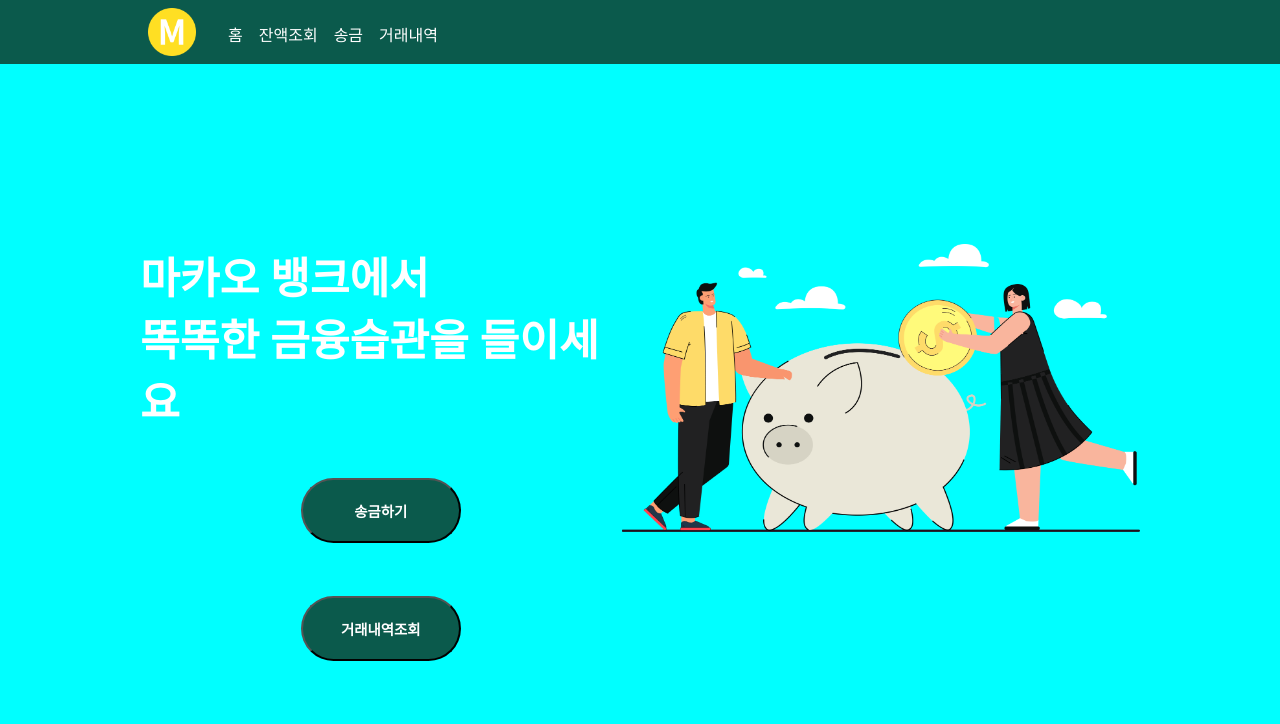
Repository: JiNookk/makaobank
Page: week06/makaoBank/index.html
The author's editor kept a copy of each file at every save. The page is drawn from the files as they stood at one save, then again after the next save.
The browser window is 1280 px wide. The pictures show the whole page.

Above is the page before, as saved 2022-09-13 16:40:42.

### week06/makaoBank/index.html
<!DOCTYPE html>
<html lang="ko">
    <head>
        <meta charset="UTF-8">
        <title>마카오 뱅크</title>
        <!-- <link rel="favicon for makaoBank" href="./resources/logo.png"> favicon나중에 넣어보기-->
        <link rel="stylesheet" href="./css/reset.css">
        <link rel="stylesheet" href="./css/layout.css">
        <link rel="stylesheet" href="./css/elements.css">
    </head>
    <body id="home-contents-container">
        <header>
                <nav id="nav-item-container">
                    <a href="./index.html">
                        <img id="home-logo" alt="makaoBank home Button" src="./resources/logo.png">
                    </a>
                    <a href="./index.html">홈</a>
                    <a href="./amount.html">잔액조회</a>
                    <a href="./transfer.html">송금</a>
                    <a href="./transaction.html">거래내역</a>
                 </nav>
        </header>
        <main>
            <section id="home-items-container">
                <div id="home-description">
                    <h1>
                        마카오 뱅크에서 <br/>
                        똑똑한 금융습관을 들이세요
                    </h1>

                    <button>
                        <h2>
                            송금하기
                        </h2>
                    </button>

                    <button>
                        <h2>
                            거래내역조회
                        </h2>
                    </button>
                </div>
                <div>
                    <img id="saving-image"alt="" src="./resources/saving.png">
                </div>
            </section>

        </main>
        <aside>

            <!-- <div>이미지</div> -->
        </aside>
        <div>

        </div>
    </body>
</html>

### week06/makaoBank/css/reset.css
* {
    box-sizing: border-box;
    margin: 0px;
    padding: 0px;
}

### week06/makaoBank/css/layout.css
body{
    display: grid;
    grid: 4rem 180px 300px 180px / 1fr 500px 500px 1fr;

    grid-template-areas:
    "header header header header"
    ". . . ."
    ". main main ."
    ". . . .";

    color: white;
    background-color: aqua;
}

header{
    grid-column-start: span 4;
    grid-area:header;

    display: grid;
    grid-template-columns: 1fr 500px 500px 1fr;

    height: 4rem;
    background-color: rgb(11,90,76);
}

nav{
    grid-column-start: 2;
    grid-row-start: 1;
}

nav *{
    margin-right: 1rem;
}

main{
    grid-area: main;
}

aside{
    grid-area: aside;
}

### week06/makaoBank/css/elements.css
/* aside>div{
    background-image: url("../resources/saving.png");
    width: 100%;
    height: 100%;
} */

a{
    color: white;
    text-decoration: none;
}

#nav-item-container{
    display: flex;

    align-items: center;

    padding: .5rem;
}

#home-items-container{
    display: flex;
}

#home-logo{
    height: 3rem;
}

#home-description{
    font-size: 1.8rem;

    display: flex;
    flex-direction: column;
    align-items: center;

    width: 500px;
}

#home-description button{
    font-size: .6rem;

    justify-self: center;
    margin: .3rem;
    margin-top: 3rem;

    background-color: rgb(11,90,76);
    color: white;

    width: 160px;
    height: 65px;

    border-radius: 2.3rem;
}

#saving-image{
    width: 72vh;
    height: 40vh;
}

After the next save:
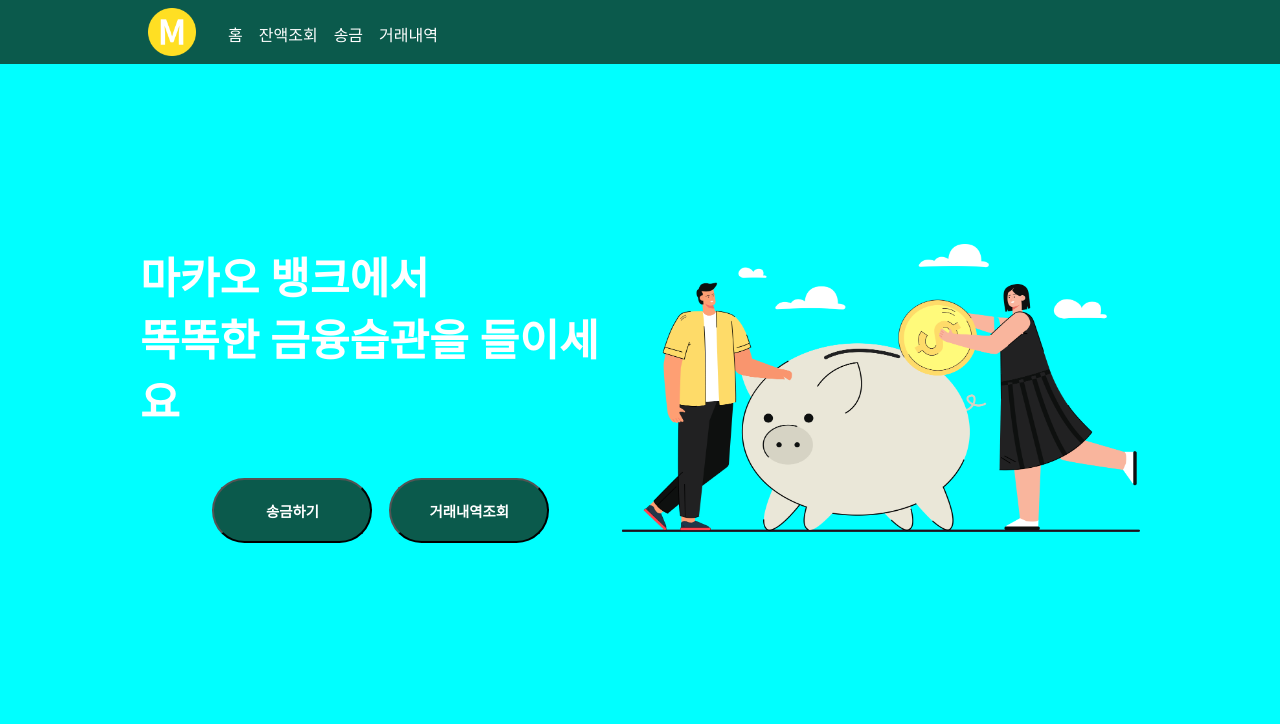
Saved 29 s later.
--- a/week06/makaoBank/index.html
+++ b/week06/makaoBank/index.html
@@ -28,17 +28,20 @@
                         똑똑한 금융습관을 들이세요
                     </h1>
 
-                    <button>
-                        <h2>
-                            송금하기
-                        </h2>
-                    </button>
+                    <div>
+                        <button>
+                            <h2>
+                                송금하기
+                            </h2>
+                        </button>
 
-                    <button>
-                        <h2>
-                            거래내역조회
-                        </h2>
-                    </button>
+                        <button>
+                            <h2>
+                                거래내역조회
+                            </h2>
+                        </button>
+                    </div>
+
                 </div>
                 <div>
                     <img id="saving-image"alt="" src="./resources/saving.png">
